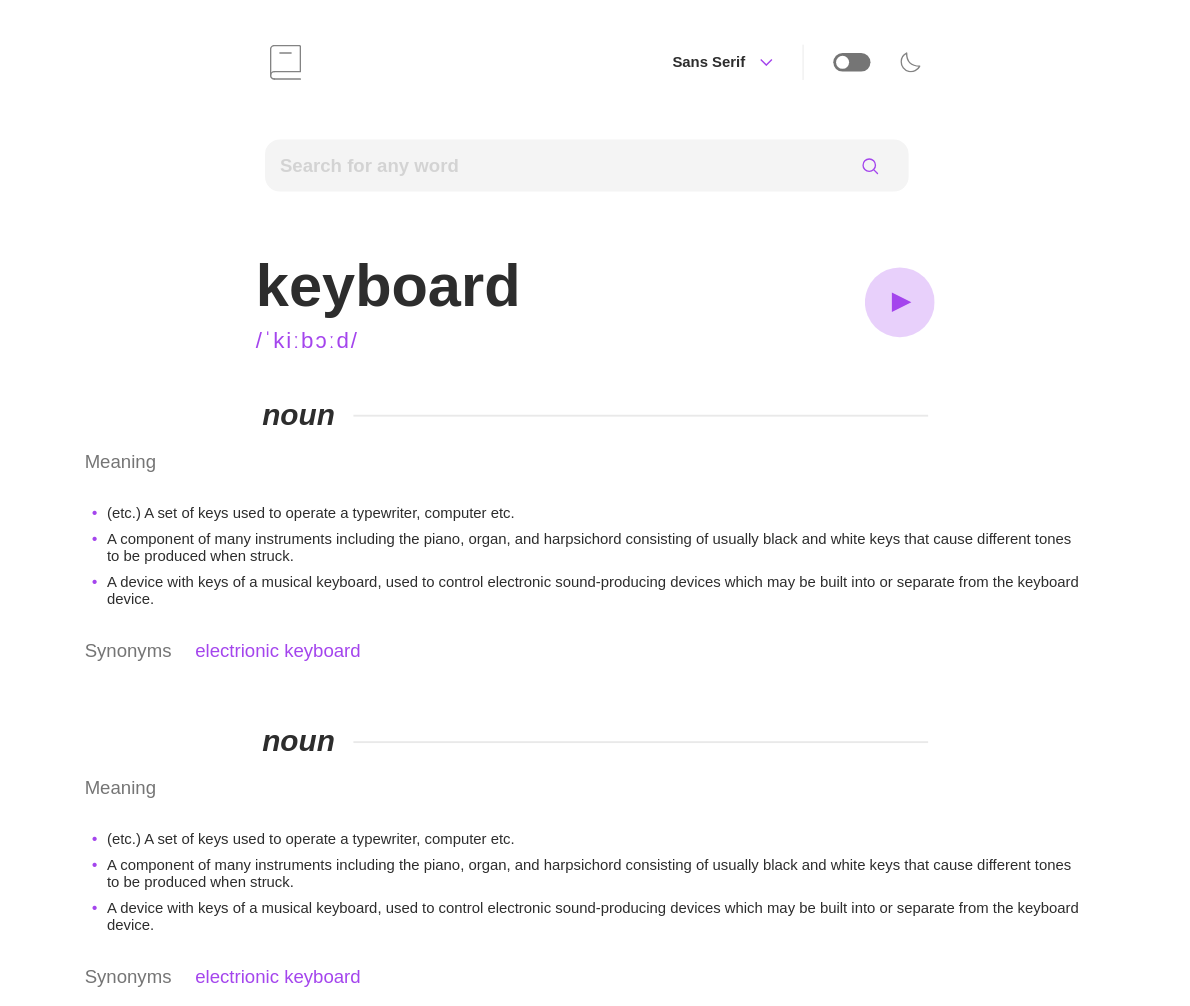
Repository: Arkitecth/dictionary-app
Page: index.html
These files come from the project's save history. The page is drawn as it stood at one moment and after the next save; the edit follows.
The browser window is 1280 px wide. The pictures show the whole page, at 93% of full size.

Above is the page before, as saved 2023-07-20 16:36:21.

After the next save:
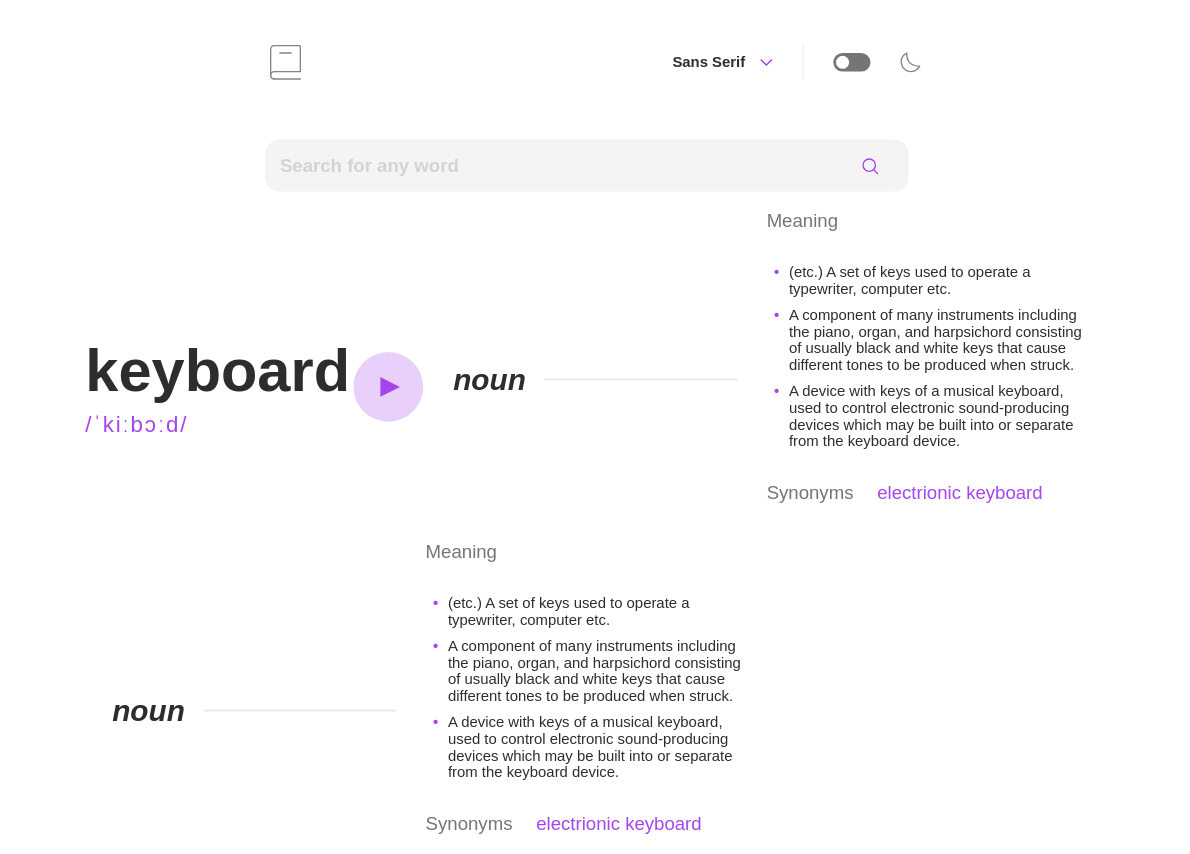
Saved 2 min 55 s later.
--- a/styles.css
+++ b/styles.css
@@ -166,6 +166,7 @@
 main {
     display: grid;
     grid-template-rows: repeat(5, auto);
+    grid-template-columns: 1fr 1fr 1fr;
     align-items: center;
 }
 
